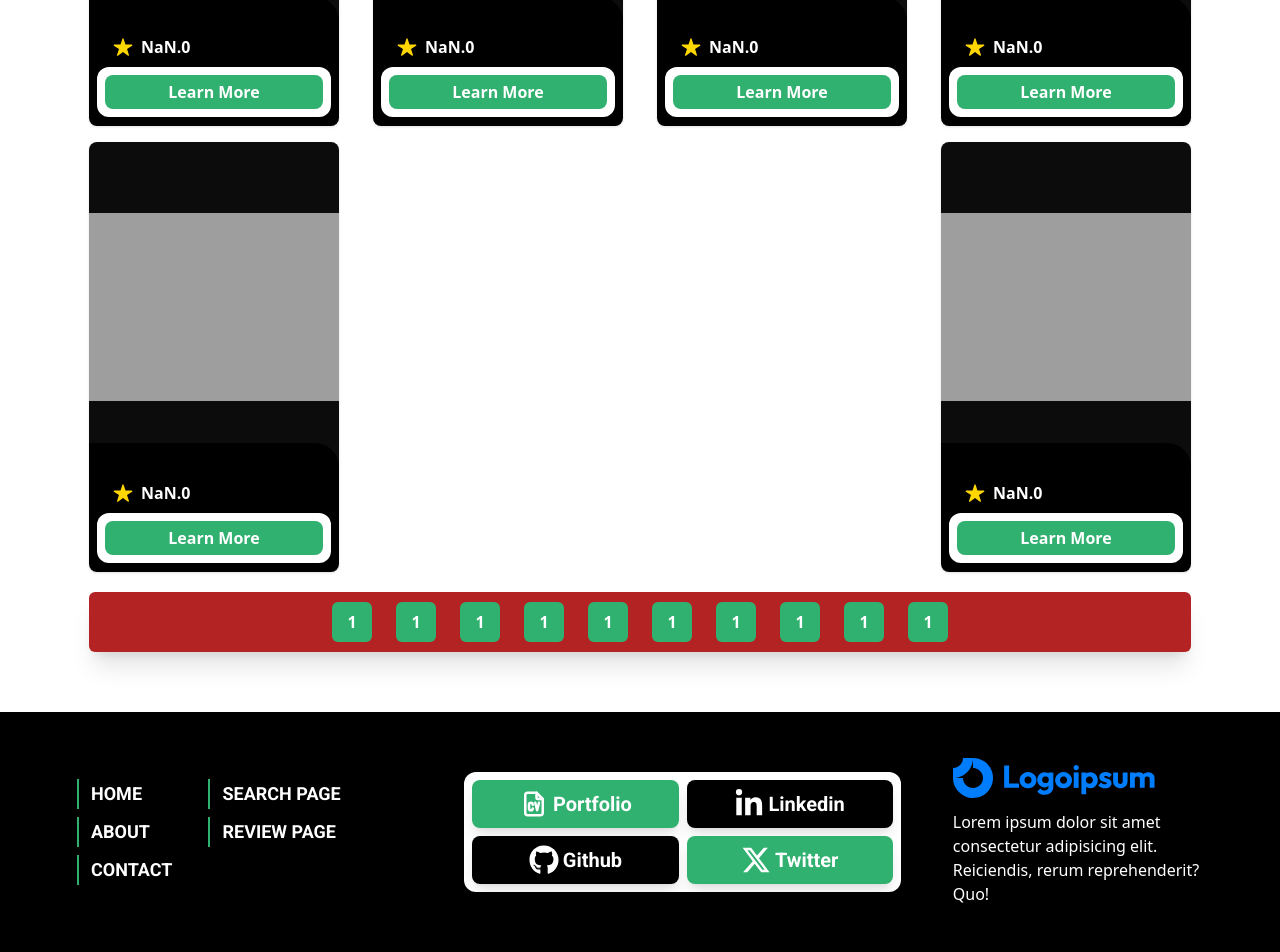
Repository: jayantatech/FrameFlick
Page: /movies
These files come from the project's save history. The page is drawn as it stood at one moment and after the next save; the edit follows.
The browser window is 1280 px wide. The pictures show the part of the page from y = 1096 to 2048 px (the page is 2048 px tall).
Pictures or frames that could not be fetched are drawn as grey boxes. The page's requests for data from a server got no answer. The project was rebuilt for these pictures with package versions that can differ from the ones it lists, and the page was loaded fresh each time. No one was signed in, and anything a server would have sent is missing. Also part of the build but not shown: vite.config.js, src/components/header/SearchBar.jsx, src/components/sliderComponent/button.css, src/components/sliderComponent/SliderComponent.jsx, src/pages/home/comingAttractions/ComingAttractions.jsx, src/pages/home/currentFavorites/CurrentFavorites.jsx, src/pages/home/movieGenres/MovieGenres.jsx, src/components/responsiveTitle/responsiveTitle.jsx and 11 more.

Above is the page before, as saved 2024-02-13 19:10:32.

After the next save:
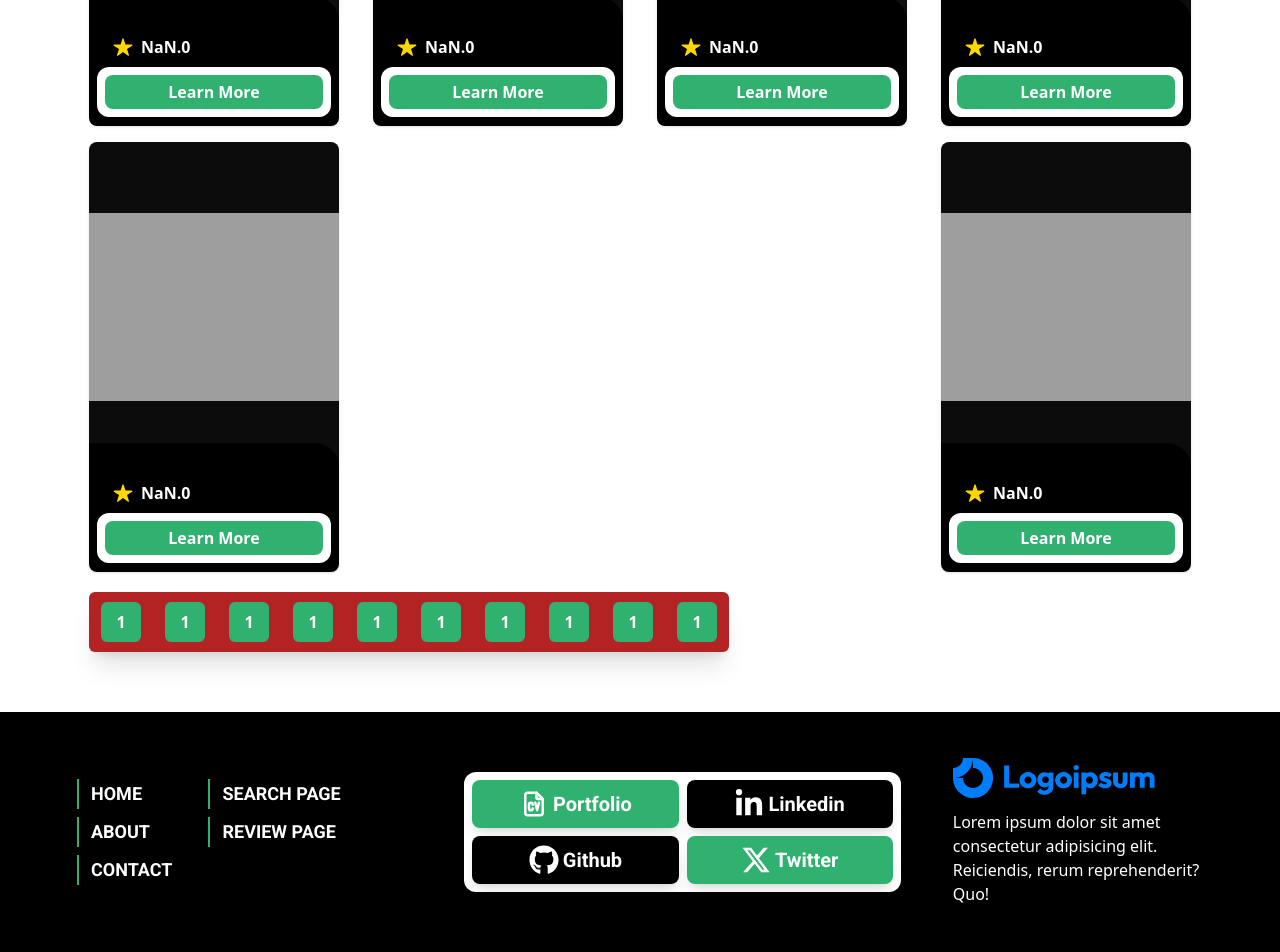
Saved 7 s later.
--- a/src/pages/moviePage/allMovies/AllMovies.jsx
+++ b/src/pages/moviePage/allMovies/AllMovies.jsx
@@ -20,7 +20,7 @@ const AllMovies = () => {
             <FilmCard />
             <FilmCard />
           </div>
-          <div className=" w-auto px-3 h-[60px] bg-[#b42323] shadow-xl rounded-md flex items-center justify-center gap-6">
+          <div className=" w-fit px-3 h-[60px] bg-[#b42323] shadow-xl rounded-md flex items-center justify-center gap-6">
             <div className=" w-[40px] h-[40px] bg-[#30B170] text-white rounded-md flex items-center justify-center font-semibold">
               1
             </div>
